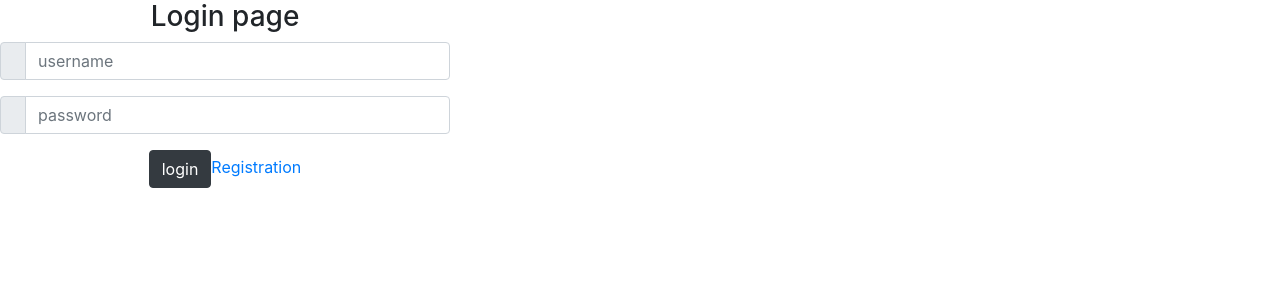
Repository: vishnushelke/LoginPage
Page: http://localhost/MyLoginPage/Login.jsp
These files come from the project's save history. The page is drawn as it stood at one moment and after the next save; the edit follows.
The browser window is 1280 px wide. The pictures show the whole page.
The page is served by Tomcat 9.

Above is the page before, as saved 2019-10-10 09:30:56.

After the next save:
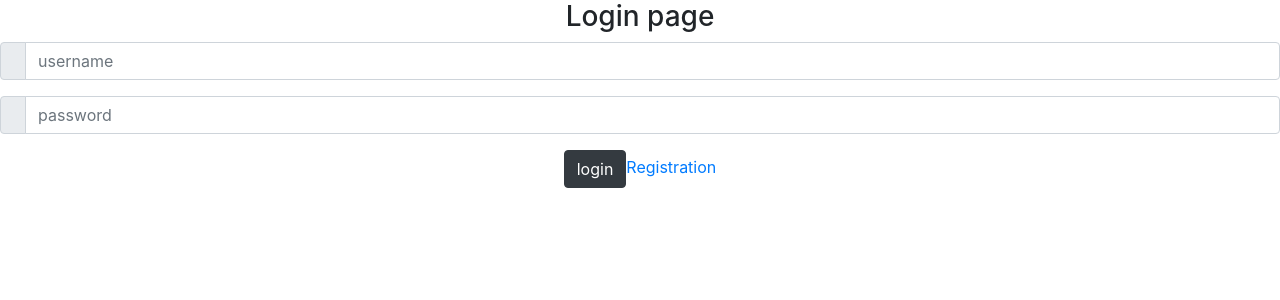
Saved 2 min 48 s later.
--- a/MyLoginPage/WebContent/Login.jsp
+++ b/MyLoginPage/WebContent/Login.jsp
@@ -17,9 +17,9 @@
 <body>
 	<form action="login" method="post">
 		<div style='text-align: center'>
-			<fieldset style="width: 450px">
+
 				<h3>Login page</h3>
-				<div class="input-group mb-3" align="left">
+				<div class="input-group mb-3">
 					<div class="input-group-prepend">
 						<span class="input-group-text" id="basic-addon1"></span>
 					</div>
@@ -27,7 +27,7 @@
 						placeholder="username" aria-label="username"
 						aria-describedby="basic-addon1">
 				</div>
-				<div class="input-group mb-3" align="center">
+				<div class="input-group mb-3">
 					<div class="input-group-prepend">
 						<span class="input-group-text" id="basic-addon1"></span>
 					</div>
@@ -38,7 +38,7 @@
 
 				<input type="submit" value="login" class="btn btn-dark"><a
 					href="register.jsp">Registration</a>
-			</fieldset>
+
 		</div>
 	</form>
 

After the save that followed:
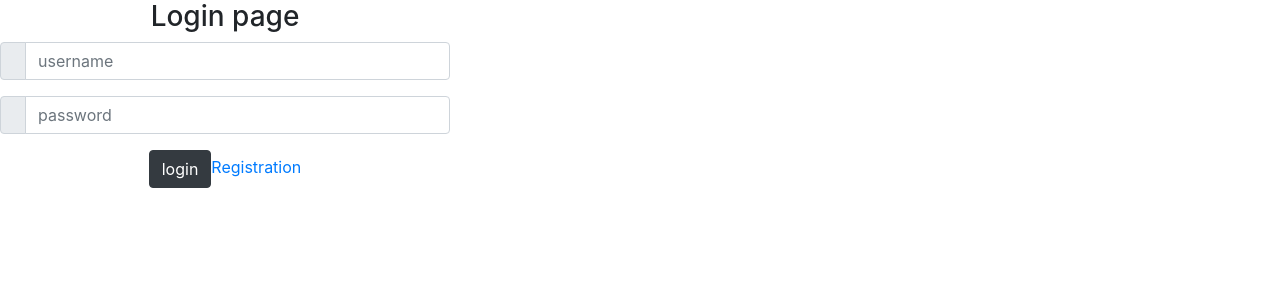
Saved 27 s later.
--- a/MyLoginPage/WebContent/Login.jsp
+++ b/MyLoginPage/WebContent/Login.jsp
@@ -17,7 +17,7 @@
 <body>
 	<form action="login" method="post">
 		<div style='text-align: center'>
-
+			<fieldset style="width: 450px">
 				<h3>Login page</h3>
 				<div class="input-group mb-3">
 					<div class="input-group-prepend">
@@ -38,7 +38,7 @@
 
 				<input type="submit" value="login" class="btn btn-dark"><a
 					href="register.jsp">Registration</a>
-
+			</fieldset>
 		</div>
 	</form>
 
